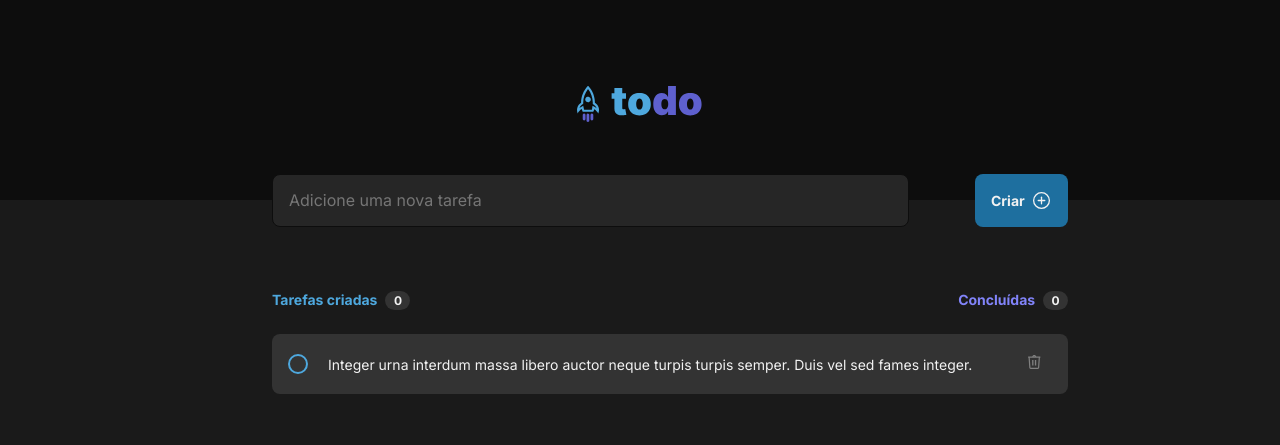
Repository: viniimartins/ToDoListROCKETSEAT
Page: /
These files come from the project's save history. The page is drawn as it stood at one moment and after a run of saves; the edit follows.
The browser window is 1280 px wide. The pictures show the whole page.
The project was rebuilt for these pictures with package versions that can differ from the ones it lists, and the page was loaded fresh each time. Also part of the build but not shown: vite.config.ts.

Above is the page before, as saved 2023-05-08 14:21:03.

After the next 2 saves:
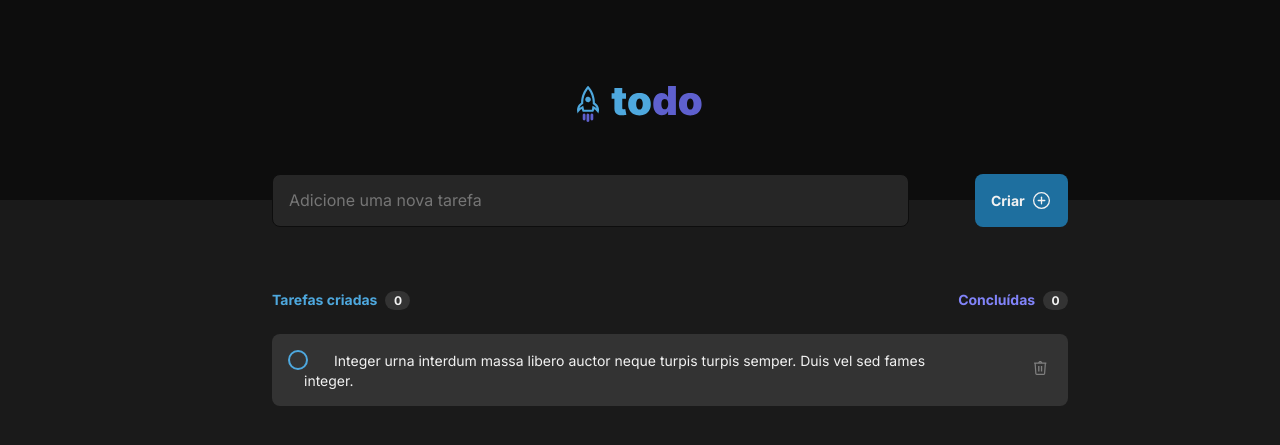
The 2 saves are shown as one change because they came seconds apart.
The last was saved 6 s later.
--- a/src/Components/TaskCreated.module.css
+++ b/src/Components/TaskCreated.module.css
@@ -10,7 +10,7 @@
 .checkbox {
   display: inline-block;
   position: relative;
-  padding-left: 10px;
+  padding-left: 1rem;
   /* margin-bottom: 10px; */
   cursor: pointer;
   user-select: none;
